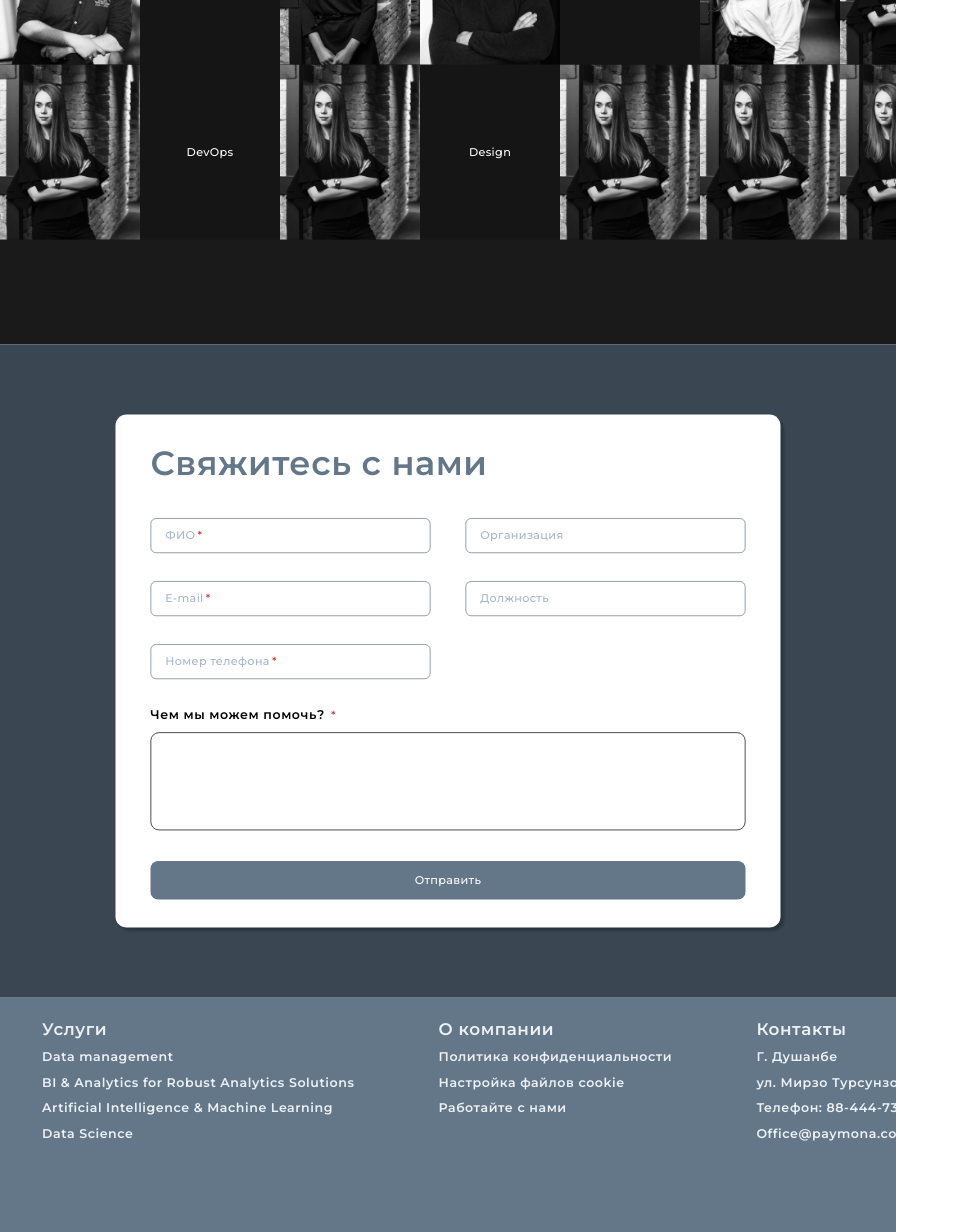
Repository: DalerAlyamov/paymona
Page: /about-us
These files come from the project's save history. The page is drawn as it stood at one moment and after the next save; the edit follows.
The browser window is 1280 px wide. The page is 1400 px wide, so the pictures cover 1400 px, including what lies to the right of the window. The pictures show the part of the page from y = 993 to 2753 px (the page is 2753 px tall), at 70% of full size.
The project was rebuilt for these pictures with package versions that can differ from the ones it lists, and the page was loaded fresh each time. Also part of the build but not shown: src/icons/Home.js, src/icons/HeadsetMic.js, src/icons/Person.js, src/icons/Work.js, src/icons/ExpandMore.js, src/icons/ArrowForwardIos.js, src/icons/Search.js, src/icons/FilterList.js and 17 more.

Above is the page before, as saved 2021-09-11 15:11:35.

After the next save:
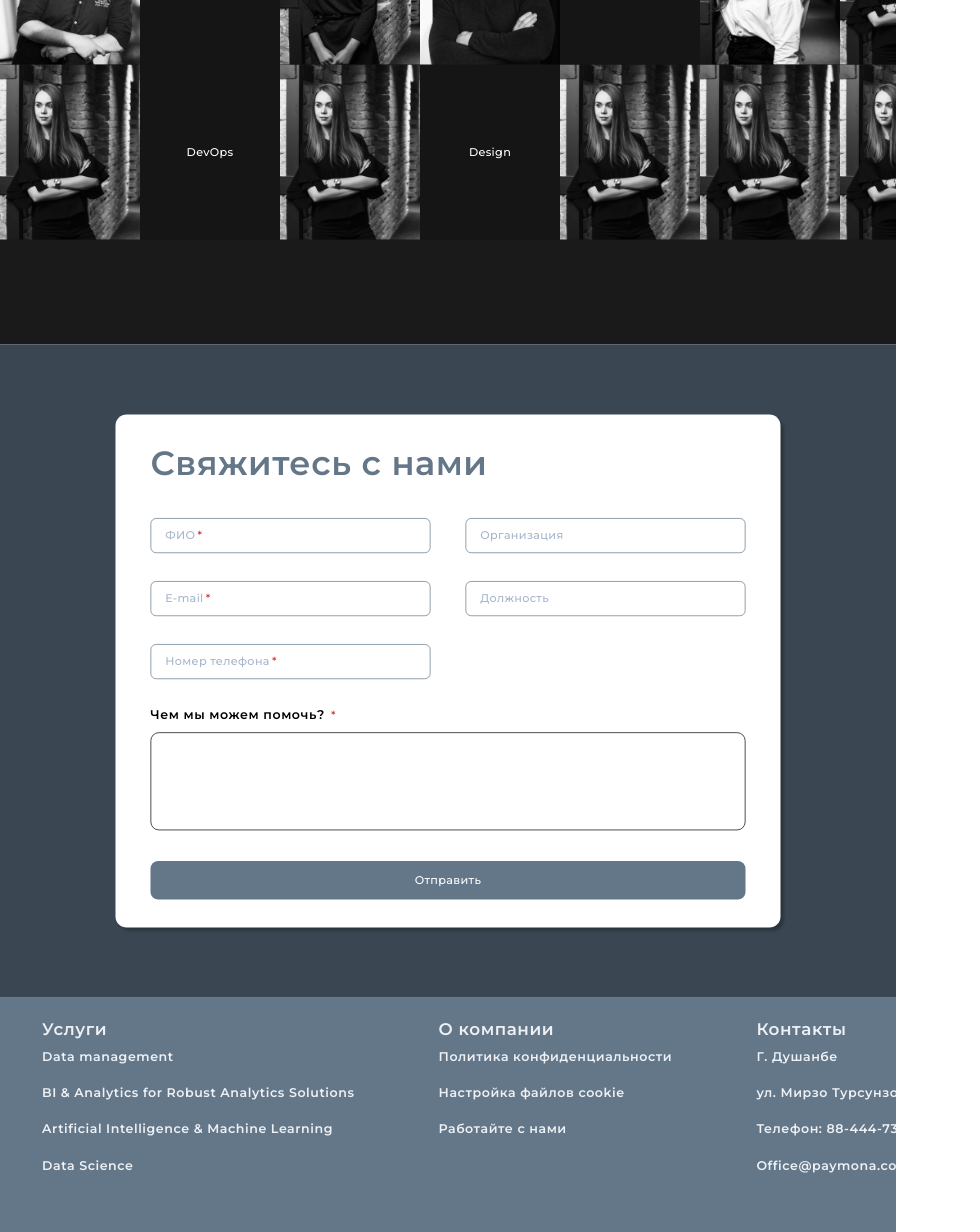
Saved 51 s later.
--- a/src/components/Footer/Footer.module.sass
+++ b/src/components/Footer/Footer.module.sass
@@ -58,14 +58,13 @@
 .services
   height: 100%
   padding: 30px 0 0 0
-  margin-bottom: 50px
   display: flex
   flex-direction: column
   justify-content: flex-start
 
 .servicesItems
   text-align: start
-  padding: 15px 0 0 0
+  padding: 15px 0 15px 0
   font-size: 18px
   letter-spacing: 0.05rem
   font-weight: 600

After the save that followed:
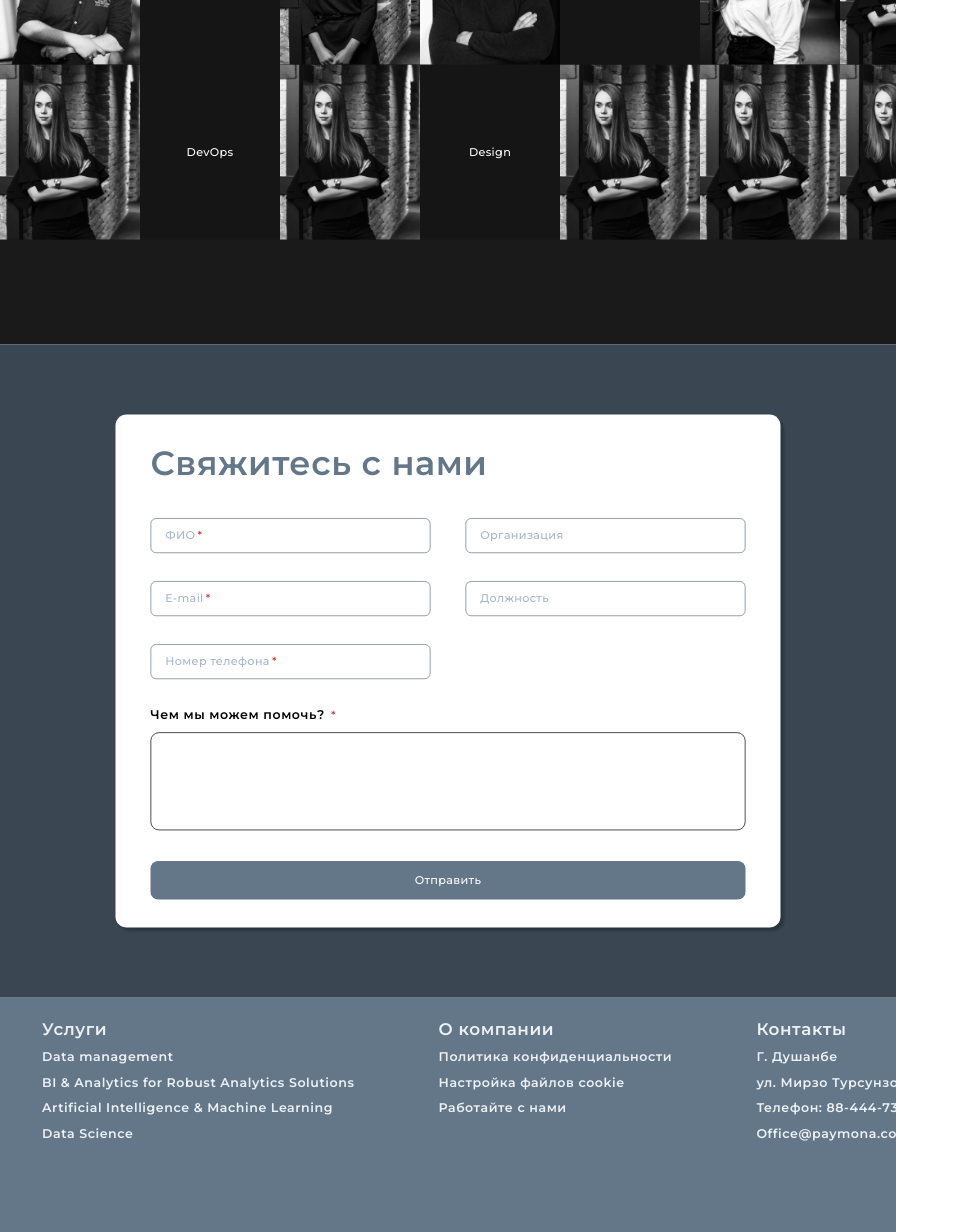
Saved 6 s later.
--- a/src/components/Footer/Footer.module.sass
+++ b/src/components/Footer/Footer.module.sass
@@ -58,13 +58,14 @@
 .services
   height: 100%
   padding: 30px 0 0 0
+  margin-bottom: 50px
   display: flex
   flex-direction: column
   justify-content: flex-start
 
 .servicesItems
   text-align: start
-  padding: 15px 0 15px 0
+  padding: 15px 0 0 0
   font-size: 18px
   letter-spacing: 0.05rem
   font-weight: 600
